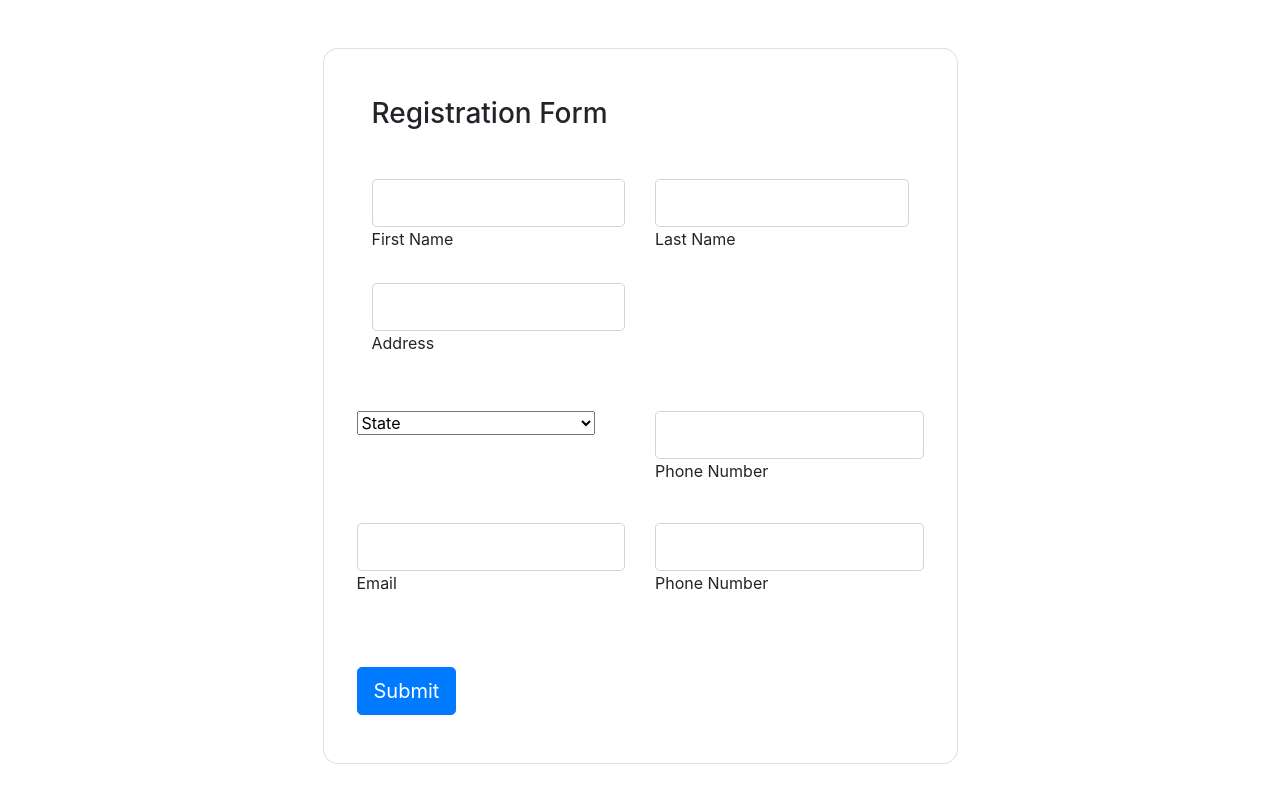
Repository: KeithKeithZ/libapp
Page: http://localhost/userRegister
The author's editor kept a copy of each file at every save. The page is drawn from the files as they stood at one save, then again after the next save.
The browser window is 1280 px wide. The pictures show the whole page.
The page is served by the project's Laravel application, run on PHP 8.4 with Laravel 8.

Above is the page before, as saved 2021-12-03 13:01:48.

After the next save:
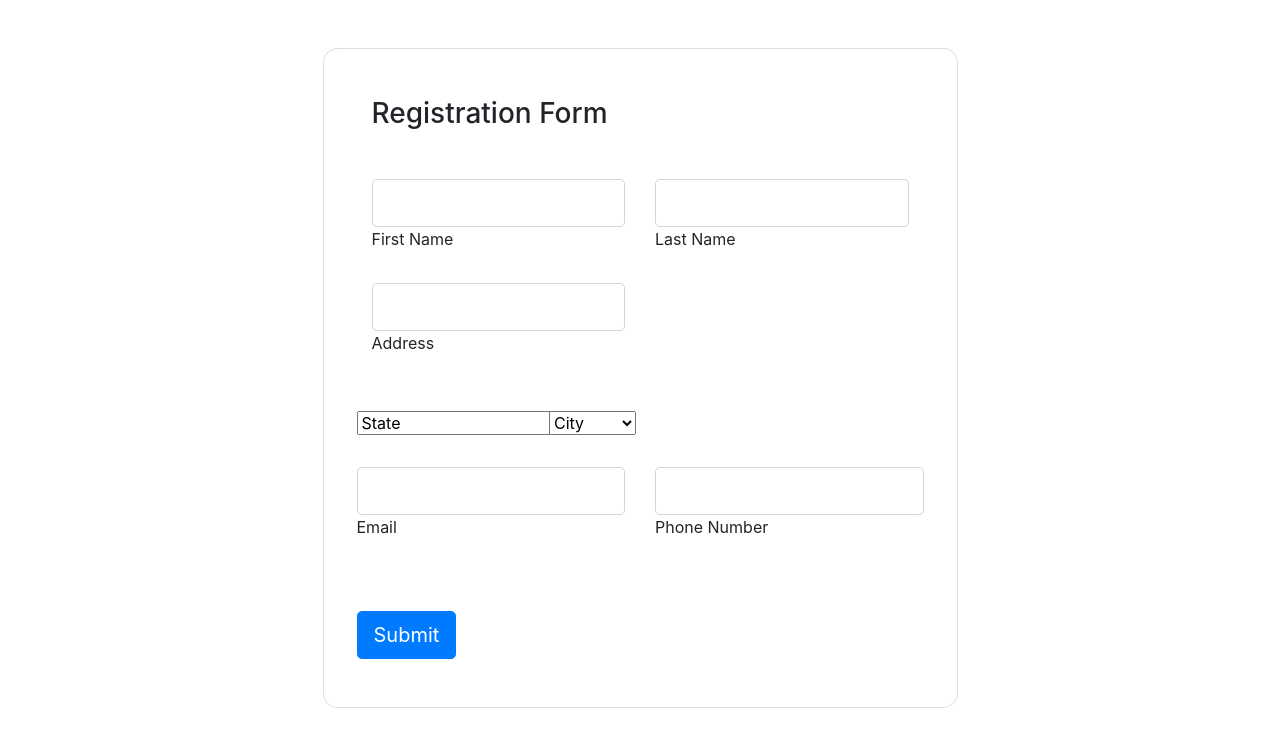
Saved 12 s later.
--- a/resources/views/userRegister.blade.php
+++ b/resources/views/userRegister.blade.php
@@ -74,8 +74,12 @@
                         <div class="col-md-6 mb-4 pb-2">
 
                         <div class="form-outline">
-                            <input type="tel" id="phoneNumber" class="form-control form-control-lg" />
-                            <label class="form-label" for="phoneNumber">Phone Number</label>
+                            <select class="select">
+                                <option value="1">City</option>
+                                <option value="2">Option 1</option>
+                                <option value="3">Option 2</option>
+                                <option value="4">Option 3</option>
+                            </select>
                         </div>
 
                         </div>
